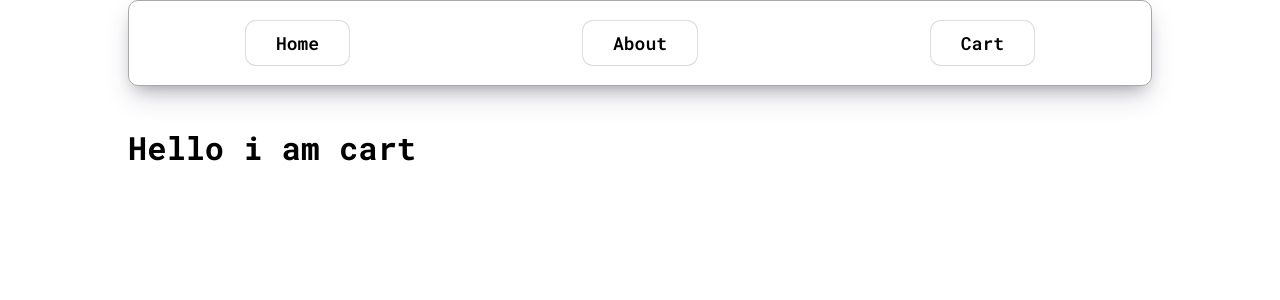
Repository: tuankiet10920/vuejs
Page: /cart
These files come from the project's save history. The page is drawn as it stood at one moment and after the next save; the edit follows.
The browser window is 1280 px wide. The pictures show the whole page.
The pointer rests on the first visible `.header ul li`.
The project was rebuilt for these pictures with package versions that can differ from the ones it lists, and the page was loaded fresh each time. Also part of the build but not shown: vite.config.js.

Above is the page before, as saved 2024-08-24 11:35:48.

### index.html
<!DOCTYPE html>
<html lang="en">

<head>
  <meta charset="UTF-8">
  <link rel="icon" href="/favicon.ico">
  <meta name="viewport" content="width=device-width, initial-scale=1.0">
  <title>Vite App</title>
  <link rel="stylesheet"
    href="https://fonts.googleapis.com/css2?family=Material+Symbols+Outlined:opsz,wght,FILL,GRAD@24,400,0,0" />
  <link rel="preconnect" href="https://fonts.googleapis.com">
  <link rel="preconnect" href="https://fonts.gstatic.com" crossorigin>
  <link href="https://fonts.googleapis.com/css2?family=Roboto+Mono:ital,wght@0,100..700;1,100..700&display=swap"
    rel="stylesheet">
  <style>
    * {
      margin: 0;
      padding: 0;
      box-sizing: border-box;
      list-style: none;
      text-decoration: none;
      font-family: "Roboto Mono", monospace;
      font-style: normal;
    }

    body {
      width: 100%;
      display: flex;
      justify-content: center;
    }

    #app {
      width: 80%;
    }
  </style>
</head>

<body>
  <div id="app"></div>
  <script type="module" src="/src/main.js"></script>
</body>

</html>

### src/main.js
import { createApp } from 'vue'
import App from './App.vue'
import router from './router'
import lsProduct from '../public/data/lsProduct.json';

if(!localStorage.getItem('lsProduct')){
    localStorage.setItem('lsProduct', JSON.stringify(lsProduct));
}
if(!localStorage.getItem('cart')){
    let cart = [];
    localStorage.setItem('cart', JSON.stringify(cart));
}
const app = createApp(App)

app.use(router)

app.mount('#app')

### src/App.vue
<template>

  <!-- header -->
  <Header />
  <RouterView />

</template>
<script>
import { RouterLink, RouterView } from 'vue-router'
import Header from './components/header.vue'
export default {
  components: {
    Header
  }
}

</script>

### src/router/index.js
import { createRouter, createWebHistory } from 'vue-router'

const router = createRouter({
  history: createWebHistory(import.meta.env.BASE_URL),
  routes: [
    {
      path: '/',
      name: 'home',
      component: () => import('../views/HomeView.vue')
    },
    {
      path: '/about',
      name: 'about',
      component: () => import('../views/AboutView.vue')
    },
    {
      path: '/cart',
      name: 'cart',
      component: () => import('../views/CartView.vue')
    }
  ]
})

export default router

### public/data/lsProduct.json
[
    {
        "id" : 1,
        "name" : "Donna Born In Roma",
        "price" : 1000000,
        "image" : "product-1.webp"
    },
    {
        "id" : 2,
        "name" : "Frangipani Flower Cologne",
        "price" : 2000000,
        "image" : "product-2.webp"
    },
    {
        "id" : 3,
        "name" : "Glossier You Eau",
        "price" : 3000000,
        "image" : "product-3.webp"
    },
    {
        "id" : 4,
        "name" : "Mini Cheirosa",
        "price" : 4000000,
        "image" : "product-4.webp"
    }
]

### src/components/header.vue
<template>
    <div class="header">
        <ul>
            <li>
                <RouterLink to="/">Home</RouterLink>
            </li>
            <li>
                <RouterLink to="/about">About</RouterLink>
            </li>
            <li>
                <RouterLink to="/cart">Cart</RouterLink>
            </li>
        </ul>
    </div>
</template>

<script>
export default {

}
</script>

<style>
.header {
    width: 100%;
    padding: 20px 0px;
    border: 1px solid #a9a7a7;
    border-radius: 10px;
    box-shadow: rgba(50, 50, 93, 0.25) 0px 13px 27px -5px, rgba(0, 0, 0, 0.3) 0px 8px 16px -8px;
    margin-bottom: 40px;
}

.header ul {
    display: flex;
    justify-content: space-around;
    width: 100%;
}

.header ul li {
    box-shadow: rgba(0, 0, 0, 0.02) 0px 1px 3px 0px, rgba(27, 31, 35, 0.15) 0px 0px 0px 1px;
    padding: 10px 30px;
    border-radius: 10px;
}

.header ul li a {
    color: #000;
    font-size: 18px;
    font-weight: 600;
}

.header ul li:hover {}
</style>

### src/views/CartView.vue
<template>
  <div>
    <h1>Hello i am cart</h1>
  </div>
</template>

After the next save:
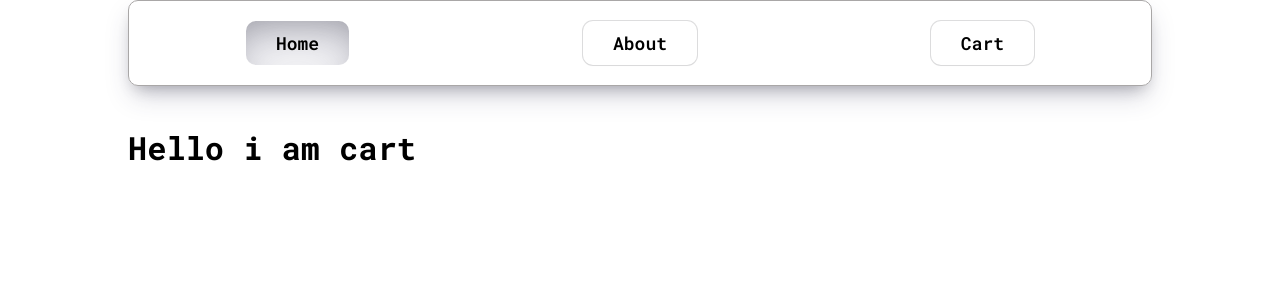
Saved 10 s later.
--- a/src/components/header.vue
+++ b/src/components/header.vue
@@ -48,5 +48,7 @@ export default {
     font-weight: 600;
 }
 
-.header ul li:hover {}
+.header ul li:hover {
+    box-shadow: rgba(50, 50, 93, 0.25) 0px 30px 60px -12px inset, rgba(0, 0, 0, 0.3) 0px 18px 36px -18px inset;
+}
 </style>
